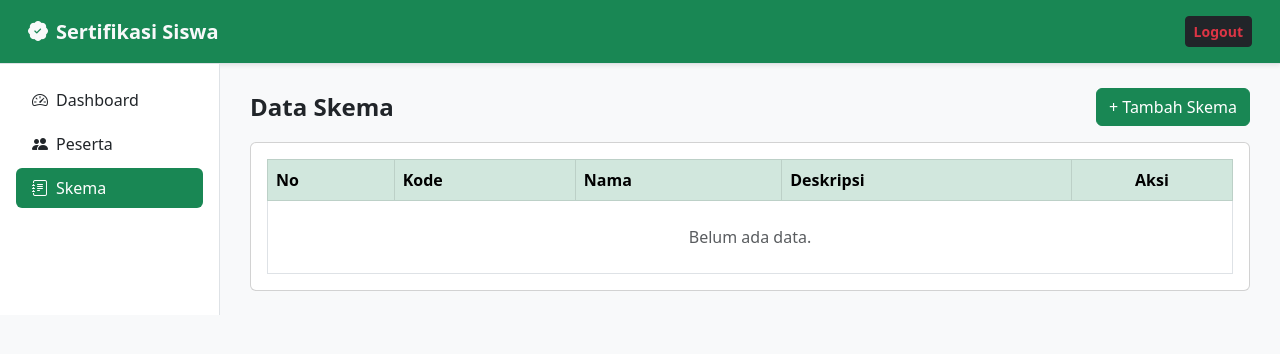
Repository: Zaki-Blip/USK_Project
Page: http://localhost/skema
These files come from the project's save history. The page is drawn as it stood at one moment and after the next save; the edit follows.
The browser window is 1280 px wide. The pictures show the whole page.
The page is served by the project's Laravel application, run on PHP 8.4 with Laravel 12. A made-up administrator, Test User (test@example.com), is signed in. Other server files are loaded and not shown. Queries for data that is not in the repository find no rows.

Above is the page before, as saved 2026-10-13 14:14:25.

### routes/web.php
<?php

use Illuminate\Support\Facades\Route;
use App\Http\Controllers\AuthController;
use App\Http\Controllers\DashboardController;
use App\Http\Controllers\PesertaController;
use App\Http\Controllers\SkemaController;

// Halaman Awal (publik)
Route::view('/', 'halamanAwal')->name('halamanAwal');

// Area Guest (belum login)
Route::middleware('guest')->group(function () {
    Route::get('/login', [AuthController::class, 'showLogin'])->name('login');
    Route::post('/login', [AuthController::class, 'login']);

    Route::get('/register', [AuthController::class, 'showRegister'])->name('register');
    Route::post('/register', [AuthController::class, 'register']);
});

// Area Terproteksi (sudah login)
Route::middleware('auth')->group(function () {
    Route::post('/logout', [AuthController::class, 'logout'])->name('logout');
    Route::get('/dashboard', [DashboardController::class, 'index'])->name('dashboard');

    // Khusus admin (harus di atas)
    Route::middleware('role:admin')->group(function () {
        Route::resource('peserta', PesertaController::class)
            ->parameters(['peserta' => 'peserta'])
            ->only(['create', 'store', 'destroy']);

        Route::resource('skema', SkemaController::class)
            ->except(['index', 'show']);
    });

    // Admin & user
    Route::resource('peserta', PesertaController::class)
        ->parameters(['peserta' => 'peserta'])
        ->only(['index', 'show', 'edit', 'update']);

    Route::resource('skema', SkemaController::class)
        ->only(['index', 'show']);
});

### app/Models/User.php
<?php

namespace App\Models;

// use Illuminate\Contracts\Auth\MustVerifyEmail;
use App\Models\Peserta;
//use Database\Factories\UserFactory;
use Illuminate\Database\Eloquent\Attributes\Fillable;
use Illuminate\Database\Eloquent\Attributes\Hidden;
use Illuminate\Database\Eloquent\Factories\HasFactory;
use Illuminate\Foundation\Auth\User as Authenticatable;
use Illuminate\Notifications\Notifiable;

#[Fillable(['name', 'email', 'password','role'])]
#[Hidden(['password', 'remember_token'])]
class User extends Authenticatable
{
    /** @use HasFactory<UserFactory> */
    use HasFactory, Notifiable;

    /**
     * Get the attributes that should be cast.
     *
     * @return array<string, string>
     */
    protected function casts(): array
    {
        return [
            'email_verified_at' => 'datetime',
            'password' => 'hashed',
        ];
    }
    public function isAdmin(): bool
{
    return $this->role === 'admin';
}
    public function peserta()
{
    return $this->hasOne(Peserta::class);
}
}

### app/Http/Controllers/SkemaController.php
<?php

namespace App\Http\Controllers;

use App\Models\Skema;
//use App\Models\User;
use Illuminate\Http\Request;

class SkemaController extends Controller
{
    public function index(Request $request)
{
    $user = $request->user();

    $skemas = $user->isAdmin()
        ? Skema::all()
        : Skema::where('id', $user->peserta?->skema_id)->get();

    return view('skema.index', compact('skemas'));
}

public function show(Request $request, Skema $skema)
{
    $user = $request->user();

    abort_if(! $user->isAdmin() && $skema->id != $user->peserta?->skema_id, 403);

    return view('skema.show', compact('skema'));
}

    public function create()
    {
        return view('skema.create');
    }

    public function store(Request $request)
    {
        $validated = $request->validate([
            'kode_skema' => ['required', 'max:20', 'regex:/^[A-Z]{2,6}-[A-Z0-9]{2,6}-?[0-9]{0,4}$/', 'unique:skemas,kode_skema'],
            'nama_skema' => ['required', 'max:150', 'regex:/^[a-zA-Z0-9\s\.\-\/]+$/'],
            'deskripsi'  => ['nullable', 'string', 'max:500'],
        ], [
            'kode_skema.required' => 'Kode skema wajib diisi.',
            'kode_skema.regex'    => 'Format kode: JWD-2026 atau SKM-WEB-01.',
            'kode_skema.unique'   => 'Kode skema sudah dipakai.',
            'nama_skema.required' => 'Nama skema wajib diisi.',
            'nama_skema.regex'    => 'Nama hanya boleh huruf, angka, dan simbol dasar.',
            'deskripsi.max'       => 'Deskripsi maksimal 500 karakter.',
        ]);

        Skema::create($validated);
        return redirect()->route('skema.index')->with('sukses', 'Skema berhasil ditambahkan.');
    }

    public function edit(Skema $skema)
    {
        return view('skema.edit', compact('skema'));
    }

    public function update(Request $request, Skema $skema)
    {
        $validated = $request->validate([
            'kode_skema' => ['required', 'max:20','unique:skemas,kode_skema,' . $skema->id],
            'nama_skema' => ['required', 'max:150', 'regex:/^[a-zA-Z0-9\s\.\-\/]+$/'],
            'deskripsi'  => ['nullable', 'string', 'max:500'],
        ], [
            'kode_skema.required' => 'Kode skema wajib diisi.',
            'kode_skema.unique'   => 'Kode skema sudah dipakai.',
            'nama_skema.required' => 'Nama skema wajib diisi.',
            'nama_skema.regex'    => 'Nama hanya boleh huruf, angka, dan simbol dasar.',
            'deskripsi.max'       => 'Deskripsi maksimal 500 karakter.',
        ]);

        $skema->update($validated);
        return redirect()->route('skema.index')->with('sukses', 'Skema berhasil diperbarui.');
    }

    public function destroy(Skema $skema)
    {
        // Cek apakah masih dipakai peserta
        if ($skema->pesertas()->count() > 0) {
            return redirect()->route('skema.index')
                ->with('error', 'Skema tidak bisa dihapus karena masih dipakai peserta.');
        }

        $skema->delete();
        return redirect()->route('skema.index')->with('sukses', 'Skema berhasil dihapus.');
    }
}

### app/Models/Skema.php
<?php

namespace App\Models;

use Illuminate\Database\Eloquent\Model;

class Skema extends Model
{
    protected $table = 'skemas'; // ← tambahkan

    protected $fillable = ['kode_skema', 'nama_skema', 'deskripsi'];

    public function pesertas()
    {
        return $this->hasMany(Peserta::class, 'skema_id');
    }
}

### resources/views/skema/index.blade.php
@extends('layouts.app')
@section('content')

<div class="d-flex justify-content-between align-items-center mb-3">
    <h4 class="fw-bold mb-0">Data Skema</h4>
    <a href="{{ route('skema.create') }}" class="btn btn-success">+ Tambah Skema</a>
</div>

<div class="card p-3">
    <div class="table-responsive">
        <table class="table table-bordered table-hover align-middle mb-0">
            <thead class="table-success">
                <tr>
                    <th>No</th>
                    <th>Kode</th>
                    <th>Nama</th>
                    <th>Deskripsi</th>
                    <th class="text-center">Aksi</th>
                </tr>
            </thead>
            <tbody>
            @forelse($skemas as $i => $s)
                <tr>
                    <td>{{ $loop->iteration }}</td>
                    <td><span class="badge bg-success">{{ $s->kode_skema }}</span></td>
                    <td class="fw-bold">{{ $s->nama_skema }}</td>
                    <td><small class="text-muted">{{ \Str::limit($s->deskripsi, 50) ?: '-' }}</small></td>
                    <td class="text-center">
                        <a href="{{ route('skema.show', $s) }}" class="btn btn-sm btn-info text-white"><i class="bi bi-eye"></i></a>
                        <a href="{{ route('skema.edit', $s) }}" class="btn btn-sm btn-warning"><i class="bi bi-pencil"></i></a>
                        <form action="{{ route('skema.destroy', $s) }}" method="POST" class="d-inline"
                              onsubmit="return confirm('Hapus data ini?')">@csrf @method('DELETE')
                            <button class="btn btn-sm btn-danger"><i class="bi bi-trash"></i></button>
                        </form>
                    </td>
                </tr>
            @empty
                <tr><td colspan="6" class="text-center text-muted py-4">Belum ada data.</td></tr>
            @endforelse
            </tbody>
        </table>
    </div>


</div>

@endsection

### resources/views/layouts/app.blade.php
<!DOCTYPE html>
<html lang="id">
<head>
    <meta charset="UTF-8">
    <meta name="viewport" content="width=device-width, initial-scale=1">
    <title>@yield('title', 'Web Sertifikasi')</title>
    <link href="https://cdn.jsdelivr.net/npm/bootstrap@5.3.0/dist/css/bootstrap.min.css" rel="stylesheet">
    <link href="https://cdn.jsdelivr.net/npm/bootstrap-icons@1.11.0/font/bootstrap-icons.css" rel="stylesheet">
</head>
<body class="bg-light min-vh-100">

    {{-- Topbar --}}
    <div class="border-bottom bg-success p-3 shadow-sm">
        <div class="container-fluid d-flex justify-content-between align-items-center">
            <span class="fw-bold text-light fs-5">
                <i class="bi bi-patch-check-fill me-2"></i>Sertifikasi Siswa
            </span>
            <form method="POST" action="{{ route('logout') }}">
                @csrf
                <button class="btn btn-sm btn-dark fw-bold text-danger">Logout</button>
            </form>
        </div>
    </div>

    <div class="d-flex flex-column flex-md-row">

        {{-- Sidebar --}}
        <aside class="bg-white border-end p-3" style="min-width: 220px;">
            <nav class="nav nav-pills flex-column gap-1">

                <a href="{{ route('dashboard') }}"
                   class="nav-link {{ request()->routeIs('dashboard') ? 'active bg-success' : 'text-dark' }}">
                    <i class="bi bi-speedometer2 me-2"></i>Dashboard
                </a>

                @if(auth()->user()->isAdmin())
                    <a href="{{ route('peserta.index') }}"
                       class="nav-link {{ request()->routeIs('peserta.*') ? 'active bg-success' : 'text-dark' }}">
                        <i class="bi bi-people-fill me-2"></i>Peserta
                    </a>

                    <a href="{{ route('skema.index') }}"
                       class="nav-link {{ request()->routeIs('skema.*') ? 'active bg-success' : 'text-dark' }}">
                        <i class="bi bi-journal-text me-2"></i>Skema
                    </a>
                @elseif(auth()->user()->peserta)
                    <a href="{{ route('peserta.show', auth()->user()->peserta) }}"
                       class="nav-link {{ request()->routeIs('peserta.*') ? 'active bg-success' : 'text-dark' }}">
                        <i class="bi bi-person-circle me-2"></i>Edit Data Saya
                    </a>
                @endif

            </nav>
        </aside>

        {{-- Isi Content --}}
        <main class="flex-grow-1 p-4" style="min-width: 0;">
            <div class="mx-auto" style="max-width: 1000px;">
                @if(session('sukses'))
                    <div class="alert alert-success">{{ session('sukses') }}</div>
                @endif
                @if(session('error'))
                    <div class="alert alert-danger">{{ session('error') }}</div>
                @endif
               @if($errors->any())
                    <div class="alert alert-danger">
                        <ul class="mb-0 ps-3">
                            @foreach($errors->all() as $pesan)
                                <li>{{ $pesan }}</li>
                            @endforeach
                        </ul>
                    </div>
                @endif
                @yield('content')
            </div>
        </main>
    </div>

    <script src="https://cdn.jsdelivr.net/npm/bootstrap@5.3.0/dist/js/bootstrap.bundle.min.js"></script>
</body>
</html>

Loaded but not shown: app/Http/Controllers/Controller.php (common file)

After the next save:
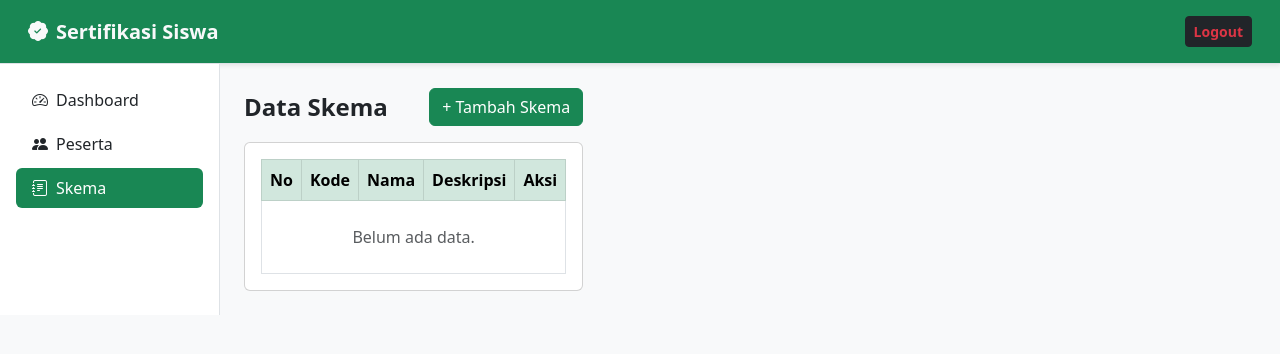
Saved 45 s later.
--- a/resources/views/layouts/app.blade.php
+++ b/resources/views/layouts/app.blade.php
@@ -54,7 +54,7 @@
         </aside>
 
         {{-- Isi Content --}}
-        <main class="flex-grow-1 p-4" style="min-width: 0;">
+        <main class="flex-1 p-4" style="min-width: 0;">
             <div class="mx-auto" style="max-width: 1000px;">
                 @if(session('sukses'))
                     <div class="alert alert-success">{{ session('sukses') }}</div>
